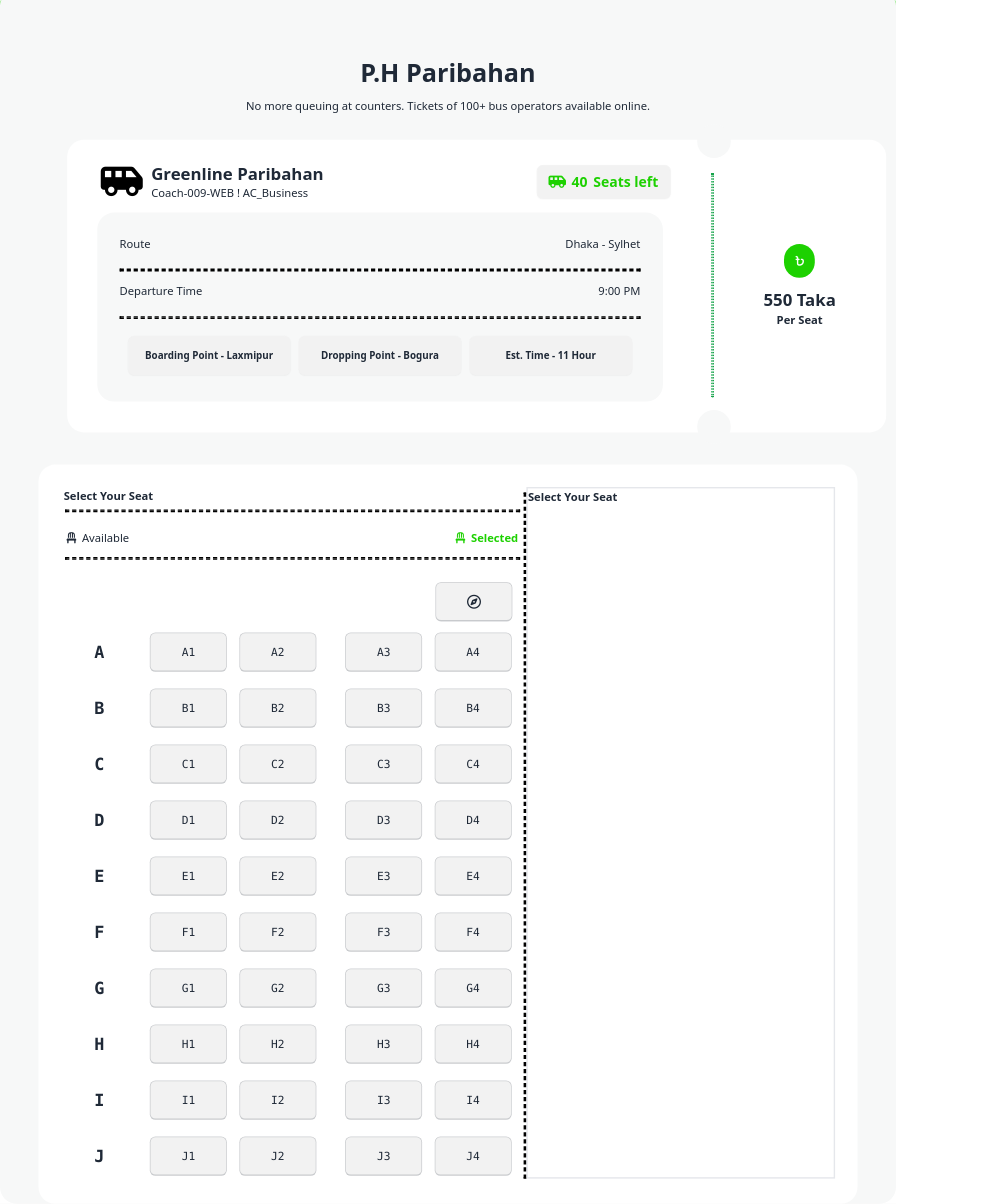
Repository: RudrasahaDibos/Smart-ticketing
Page: index.html
These files come from the project's save history. The page is drawn as it stood at one moment and after a run of saves; the edit follows.
The browser window is 1280 px wide. The page is 1280 px wide, then 1403 px, so the pictures cover 1403 px, including what lies to the right of the window. The pictures show the part of the page from y = 1334 to 3054 px (the page is 3054 px tall), at 70% of full size.
Some web fonts or font styles are not loaded; a fallback is used. Some web libraries are served in a nearby version.

Above is the page before, as saved 2024-11-10 14:16:55.

### index.html
<!DOCTYPE html>
<html lang="en">
  <head>
    <meta charset="UTF-8">
    <meta name="viewport" content="width=device-width, initial-scale=1.0">
    <title>Smart-ticketing</title>
    <!-- tailwind link -->
    <link href="https://cdn.jsdelivr.net/npm/daisyui@4.12.14/dist/full.min.css"
      rel="stylesheet" type="text/css" />
    <script src="https://cdn.tailwindcss.com"></script>
    <!-- font awesome link -->
    <link rel="stylesheet"
      href="https://cdnjs.cloudflare.com/ajax/libs/font-awesome/6.6.0/css/all.min.css"
      integrity="sha512-Kc323vGBEqzTmouAECnVceyQqyqdsSiqLQISBL29aUW4U/M7pSPA/gEUZQqv1cwx4OnYxTxve5UMg5GT6L4JJg=="
      crossorigin="anonymous" referrerpolicy="no-referrer" />

    <!-- google fonts  -->
    <link rel="preconnect" href="https://fonts.googleapis.com">
    <link rel="preconnect" href="https://fonts.gstatic.com" crossorigin>
    <link
      href="https://fonts.googleapis.com/css2?family=Anton+SC&family=Manrope:wght@200..800&family=Raleway:ital,wght@0,100..900;1,100..900&display=swap"
      rel="stylesheet">

    <style>
.raleway{
  font-family: "Raleway", sans-serif;
}
</style>

  </head>
  <body>
    <!-- header ends here -->
    <header class="container mx-auto lg:pl-24 lg:pr-24 lg:pt-4 w-[1400px]">
      <div>
        <!-- navbar starts here -->
        <div class="navbar bg-base-100">
          <div class="navbar-start">
            <div class="dropdown">
              <div tabindex="0" role="button" class="btn btn-ghost lg:hidden">
                <svg
                  xmlns="http://www.w3.org/2000/svg"
                  class="h-5 w-5"
                  fill="none"
                  viewBox="0 0 24 24"
                  stroke="currentColor">
                  <path
                    stroke-linecap="round"
                    stroke-linejoin="round"
                    stroke-width="2"
                    d="M4 6h16M4 12h8m-8 6h16" />
                </svg>
              </div>
              <ul
                tabindex="0"
                class="menu menu-sm dropdown-content bg-base-100 rounded-box z-[1] mt-3 w-52 p-2 shadow">
                <li><a>Home</a></li>
                <li><a>About</a></li>
                <li><a>Destination</a></li>
                <li><a>Search</a></li>
              </ul>
            </div>
            <a class="btn btn-ghost text-2xl font-extrabold">E-Ticket</a>
          </div>
          <div class="navbar-center hidden lg:flex">
            <ul class="menu menu-horizontal px-1">
              <li><a>Home</a></li>
              <li><a>About</a></li>
              <li><a>Destination</a></li>
              <li><a>Search</a></li>
            </ul>
          </div>
          <div class="navbar-end">
            <a class="btn text-[#1DD100]  border-1  text-xl">Bus <i
                class="fa-solid fa-van-shuttle"></i></a>
          </div>
        </div>
      </div>

      <!-- banner start here -->

      <div
        class="hero h-[550px] mt-8 bg-[url('/images/banner.png')] rounded-3xl relative">

        <div class="hero-content text-neutral-content text-center">
          <div class>
            <h1 class="mb-5 text-5xl font-extrabold">End-to-End Travel with <br>
              <span class="text-5xl text-[#1DD100]  font-extrabold">P
                Paribahan</span></h1>
            <p class="mb-5">
              A one-stop solution for your travel needs

              Introducing you to the Shohoz way of life
            </p>
            <button class="btn bg-[#1DD100] border-none">Buy Tickets</button>
          </div>
        </div>
      </div>

      <!-- banner end here -->

      <!-- 3 card start here  -->

      <div
        class=" flex justify-between items-center gap-4 pl-16 pr-16 absolute -bottom-4   ">
        <div
          class="stat flex bg-white justify-center items-center shadow-xl  border-b-4 border-b-[#1DD100]  rounded-2xl w-[338px] h-[138px]">
          <div class="text-[#1DD100] text-2xl font-extrabold ">
            <i class="fa-solid fa-users"></i>
          </div>

          <div>
            <div class="stat-value">500K+</div>
            <div class="stat-desc text-xl ">Registered users</div>
          </div>

        </div>

        <div
          class="stat flex bg-white justify-center items-center  border-b-4 border-b-[#1DD100] shadow-xl  rounded-2xl w-[338px] h-[138px]">
          <div class="text-[#1DD100] text-2xl font-extrabold ">
            <i class="fa-solid fa-ticket  "></i>

          </div>

          <div>
            <div class="stat-value">1.7 lacks</div>
            <div class="stat-desc text-xl ">Tickets sold</div>
          </div>

        </div>

        <div
          class="stat flex bg-white justify-center items-center  border-b-4 border-b-[#1DD100] shadow-xl  rounded-2xl w-[338px] h-[138px]">
          <div class="text-[#1DD100] text-2xl font-extrabold ">
            <i class="fa-solid fa-van-shuttle"></i>

          </div>

          <div>
            <div class="stat-value">80K+</div>
            <div class="stat-desc text-xl ">Rental partners</div>
          </div>

        </div>
      </div>

      <!-- 3 card ends here -->

      <!-- navbar Ends here -->
    </header>
    <!-- header ends here -->

    <!-- main start here -->
    <main class>
      <!-- Best offers for you start here -->
      <section
        class="mt-40 container mx-auto  lg:pl-24 lg:pr-24 lg:pt-4 w-[1400px]">
        <h1 class="text-4xl font-semibold text-center">Best offers for you</h1>
        <!-- two card start here -->
        <div class="flex  flex-col lg:flex-row gap-4 mt-10">
          <div class="bg-yellow-500  w-[573px] h-[220px]  rounded-2xl">

            <div>

              <div class=" w-[50%] mt-14 ml-14">
                <h1 class="text-4xl font-extrabold">15% OFF</h1>
                <p class="text-xl font-bold">on your next purchase</p>
                <p class="text-xl font-bold">use by January 2024</p>
              </div>

              <div class=" w-1/4 -mt-20 ml-auto mr-14  text-center">
                <h1 class="text-4xl font-extrabold">NEW15</h1>
                <p class="text-xl font-bold">Coupon Code</p>

              </div>
            </div>
            <p
              class="bg-white w-[48px] h-[48px] absolute mx-auto rounded-full ml-80 -mt-40  "></p>
            <p
              class="bg-white w-[48px] h-[48px] absolute mx-auto rounded-full ml-80 mt-[55px]  "></p>
            <p
              class="border-2 border-dotted border-white relative w-0 h-32 -mt-[95px] ml-[343px]  "></p>

          </div>
          <div class="bg-pink-400   w-[573px] h-[220px] rounded-2xl">
            <div>

              <div class=" w-[50%] mt-14 ml-14">
                <h1 class="text-4xl font-extrabold">20% OFF</h1>
                <p class="text-xl font-bold">on your next purchase</p>
                <p class="text-xl font-bold">use by January 2024</p>
              </div>

              <div class="  w-2/4 -mt-20 ml-[300px] mr-14  text-center">
                <h1 class="text-4xl font-extrabold">Couple 20</h1>
                <p class="text-xl font-bold">Coupon Code</p>

              </div>
            </div>
            <p
              class="bg-white w-[48px] h-[48px] absolute mx-auto rounded-full ml-80 -mt-40  "></p>
            <p
              class="bg-white w-[48px] h-[48px] absolute mx-auto rounded-full ml-80 mt-[55px]  "></p>
            <p
              class="border-2 border-dotted border-white relative w-0 h-32 -mt-[95px] ml-[343px]  "></p>
          </div>
        </div>
        <div class=" text-center mt-16">
          <a class="btn text-[#1DD100]  border-1 border-[#1DD100] text-xl">See
            All Offers
          </a>
        </div>
        <!-- two card end here -->
      </section>

      <!-- Best offers for you ends here -->
      <!-- tickeing process start here -->
      <section
        class="bg-[#F7F8F8] w-full min-h-screen rounded-3xl mt-16 border-t-4 border-t-[#1DD100]">

        <div class="container mx-auto  lg:pl-24 lg:pr-24 lg:pt-4 w-[1400px]">
          <h1 class="text-4xl font-semibold text-center mt-20">P.H Paribahan
          </h1>
          <p class=" text-center w-[736px] h-[60px] mx-auto mt-4">No more
            queuing at counters. Tickets of 100+ bus operators available online.
          </p>
          <!-- Greenline Paribahan  start here-->

          <div
            class="bg-[#FFFFFF] w-[1170px] h-[418px] rounded-3xl  container mx-auto p-8 flex justify-between ">
            <div class=" w-3/4">
              <!-- Coach-009-WEB ! AC_Business start here -->
              <div class="flex justify-between ">

                <div class="flex justify-center items-center gap-3 ml-4 ">
                  <div class="text-5xl text-black  ">
                    <i class="fa-solid fa-van-shuttle "></i>
                  </div>
                  <div>
                    <h1 class="text-2xl font-bold">Greenline Paribahan</h1>
                    <p>Coach-009-WEB ! AC_Business</p>
                  </div>
                </div>

                <div class="flex felx-col justify-end mt-1">
                  <a class="btn text-[#1DD100]  border-1  text-xl"> <i
                      class="fa-solid fa-van-shuttle"></i> <span>40</span> Seats
                    left </a>
                </div>
              </div>
              <!-- Coach-009-WEB ! AC_Business end here -->

              <!-- Dhaka - Sylhet starts here -->
              <div
                class="bg-[#F7F8F8] w-[808px] h-[270px] mt-4 mx-auto rounded-3xl">

                <div class>
                  <div class="flex justify-between p-4 ">
                    <h1 class="ml-4 mt-4">Route</h1>
                    <h1 class="mr-4 mt-4">Dhaka - Sylhet</h1>
                  </div>

                  <div
                    class="border-dashed border-black border-2 mt-2  w-[744px] mx-auto h-0"></div>

                  <div class="flex justify-between p-4 ">
                    <h1 class="ml-4">Departure Time</h1>
                    <h1 class="mr-4">9:00 PM</h1>
                  </div>
                  <div
                    class="border-dashed border-black border-2 mt-2  w-[744px] mx-auto h-0"></div>

                  <div class="mt-2 p-4 flex justify-center items-center gap-3">
                    <button class="btn   w-[232px] h-[56px]">Boarding Point -
                      Laxmipur</button>
                    <button class="btn  w-[232px] h-[56px]">Dropping Point -
                      Bogura</button>
                    <button class="btn  w-[232px] h-[56px]">Est. Time - 11
                      Hour</button>
                  </div>
                </div>
              </div>
              <!-- Dhaka - Sylhet end here -->

            </div>

            <div
              class=" text-center flex flex-col justify-center items-center mr-10">
              <i
                class="fa-solid fa-bangladeshi-taka-sign bg-[#1DD100] rounded-full  p-4 text-white "></i>
              <h1 class="text-2xl font-semibold mt-4"><span>550</span> Taka</h1>
              <p class="font-bold">Per Seat</p>
            </div>

          </div>
          <p
            class="bg-[#F7F8F8] w-[48px] h-[48px] absolute mx-auto rounded-full ml-[900px] -mt-[440px]  "></p>
          <p
            class="bg-[#F7F8F8] w-[48px] h-[48px] absolute mx-auto rounded-full ml-[900px] -mt-8  "></p>
          <p
            class="border-2 border-dotted border-green-600 relative w-0 h-80 -mt-[370px] ml-[920px]  "></p>

          <!-- Greenline Paribahan  ends here-->
        </div>

        <!-- Select Your Seat star here  -->
        <div
          class="bg-[#FFFFFF] w-[1170px] h-[1056px] rounded-3xl mt-24 container mx-auto  ">

          <div class="flex justify-between p-8">
            <div class="w-3/5 ">
              <p class="font-semibold ml-1">Select Your Seat</p>
              <div
                class="border-dashed border-black border-2 mt-2  w-[650px] mx-auto h-0"></div>
              <!-- seat available start here -->
              <div class="flex justify-between mt-4">

                <div class="flex gap-2 justify-center items-center p-2 ">
                  <i class="fa-solid fa-chair"></i>
                  <p>Available</p>
                </div>
                <div
                  class="flex gap-2 justify-center items-center p-2 text-[#1DD100] ">
                  <i class="fa-solid fa-chair font-bold"></i>
                  <p class="font-bold">Selected</p>
                </div>

              </div>
              <!-- seat available ends here -->
              <div
                class="border-dashed border-black border-2 mt-2  w-[650px] mx-auto h-0"></div>
                <!-- seat planing start here -->
               <div class="mt-8">
                    <div class="text-end  mr-4">
                      <kbd class="kbd  h-[56px] w-[110px] text-center mx-auto "><i class="fa-regular fa-compass text-xl"></i></kbd>
                    </div>
                    <!-- seat  start here-->
                     <div class="flex  justify-between">
                          <!-- seat is with door start -->
                          <div class="grid grid-cols-3  w-3/5 ">
                                  <div class="mx-auto mt-4 space-y-6">
                                    <kbd class="kbd  w-[110px] h-[56px] bg-[#ffffff]  border-none font-bold text-2xl">A</kbd>
                                    <kbd class="kbd  w-[110px] h-[56px]  bg-[#ffffff] border-none font-bold text-2xl">B</kbd>
                                    <kbd class="kbd  w-[110px] h-[56px]  bg-[#ffffff] border-none font-bold text-2xl">C</kbd>
                                    <kbd class="kbd  w-[110px] h-[56px]  bg-[#ffffff] border-none font-bold text-2xl">D</kbd>
                                    <kbd class="kbd  w-[110px] h-[56px]  bg-[#ffffff] border-none font-bold text-2xl">E</kbd>
                                    <kbd class="kbd  w-[110px] h-[56px]  bg-[#ffffff] border-none font-bold text-2xl">F</kbd>
                                    <kbd class="kbd  w-[110px] h-[56px]  bg-[#ffffff] border-none font-bold text-2xl">G</kbd>
                                    <kbd class="kbd  w-[110px] h-[56px]  bg-[#ffffff] border-none font-bold text-2xl">H</kbd>
                                    <kbd class="kbd  w-[110px] h-[56px]  bg-[#ffffff] border-none font-bold text-2xl">I</kbd>
                                    <kbd class="kbd  w-[110px] h-[56px]  bg-[#ffffff] border-none font-bold text-2xl">J</kbd>
                                  </div>

                                  <div class="mt-4 space-y-6">
                                    <kbd class="kbd w-[110px] h-[56px] ">A1</kbd>
                                    <kbd class="kbd w-[110px] h-[56px] ">B1</kbd>
                                    <kbd class="kbd w-[110px] h-[56px] ">C1</kbd>
                                    <kbd class="kbd w-[110px] h-[56px] ">D1</kbd>
                                    <kbd class="kbd w-[110px] h-[56px] ">E1</kbd>
                                    <kbd class="kbd w-[110px] h-[56px] ">F1</kbd>
                                    <kbd class="kbd w-[110px] h-[56px] ">G1</kbd>
                                    <kbd class="kbd w-[110px] h-[56px] ">H1</kbd>
                                    <kbd class="kbd w-[110px] h-[56px] ">I1</kbd>
                                    <kbd class="kbd w-[110px] h-[56px] ">J1</kbd>
                                  </div>

                                  <div class="mt-4 space-y-6">
                                    <kbd class="kbd w-[110px] h-[56px] ">A2</kbd>
                                    <kbd class="kbd w-[110px] h-[56px] ">B2</kbd>
                                    <kbd class="kbd w-[110px] h-[56px] ">C2</kbd>
                                    <kbd class="kbd w-[110px] h-[56px] ">D2</kbd>
                                    <kbd class="kbd w-[110px] h-[56px] ">E2</kbd>
                                    <kbd class="kbd w-[110px] h-[56px] ">F2</kbd>
                                    <kbd class="kbd w-[110px] h-[56px] ">G2</kbd>
                                    <kbd class="kbd w-[110px] h-[56px] ">H2</kbd>
                                    <kbd class="kbd w-[110px] h-[56px] ">I2</kbd>
                                    <kbd class="kbd w-[110px] h-[56px] ">J2</kbd>
                                  </div>
                          </div>
                         <!-- seat is with door end -->

                          <!-- seat is driver start -->
                            <div class="grid grid-cols-2   w-2/5 ml-6">
                                    <div class="mx-auto mt-4 space-y-6">
                                      <kbd class="kbd w-[110px] h-[56px] ">A3</kbd>
                                      <kbd class="kbd w-[110px] h-[56px] ">B3</kbd>
                                      <kbd class="kbd w-[110px] h-[56px] ">C3</kbd>
                                      <kbd class="kbd w-[110px] h-[56px] ">D3</kbd>
                                      <kbd class="kbd w-[110px] h-[56px] ">E3</kbd>
                                      <kbd class="kbd w-[110px] h-[56px] ">F3</kbd>
                                      <kbd class="kbd w-[110px] h-[56px] ">G3</kbd>
                                      <kbd class="kbd w-[110px] h-[56px] ">H3</kbd>
                                      <kbd class="kbd w-[110px] h-[56px] ">I3</kbd>
                                      <kbd class="kbd w-[110px] h-[56px] ">J3</kbd>
                                    </div>
                                    <div class="mx-auto mt-4 space-y-6">
                                      <kbd class="kbd w-[110px] h-[56px] ">A4</kbd>
                                      <kbd class="kbd w-[110px] h-[56px] ">B4</kbd>
                                      <kbd class="kbd w-[110px] h-[56px] ">C4</kbd>
                                      <kbd class="kbd w-[110px] h-[56px] ">D4</kbd>
                                      <kbd class="kbd w-[110px] h-[56px] ">E4</kbd>
                                      <kbd class="kbd w-[110px] h-[56px] ">F4</kbd>
                                      <kbd class="kbd w-[110px] h-[56px] ">G4</kbd>
                                      <kbd class="kbd w-[110px] h-[56px] ">H4</kbd>
                                      <kbd class="kbd w-[110px] h-[56px] ">I4</kbd>
                                      <kbd class="kbd w-[110px] h-[56px] ">J4</kbd>
                                    </div>
                            </div>
                            <!-- seat is driver end -->
                     </div>

                     <!-- seat end here -->
               </div>

               <!-- seat planing end here -->



            </div>









            <div
              class="border-dashed border-black border-2 mt-2  w-[0px] mx-auto h-[980px]"></div>

            <div class="border-2  w-2/5 ">
              <p class="font-semibold">Select Your Seat</p>
            </div>
          </div>

        </div>

        <!-- Select Your Seat end here  -->

      </section>
      <!-- tickeing process ends here -->

    </main>
    <!-- main ends here -->

    <!-- js add -->
    <script src="index.js"></script>
  </body>
</html>

Loaded but not shown: index.js (common file)

After the next 2 saves:
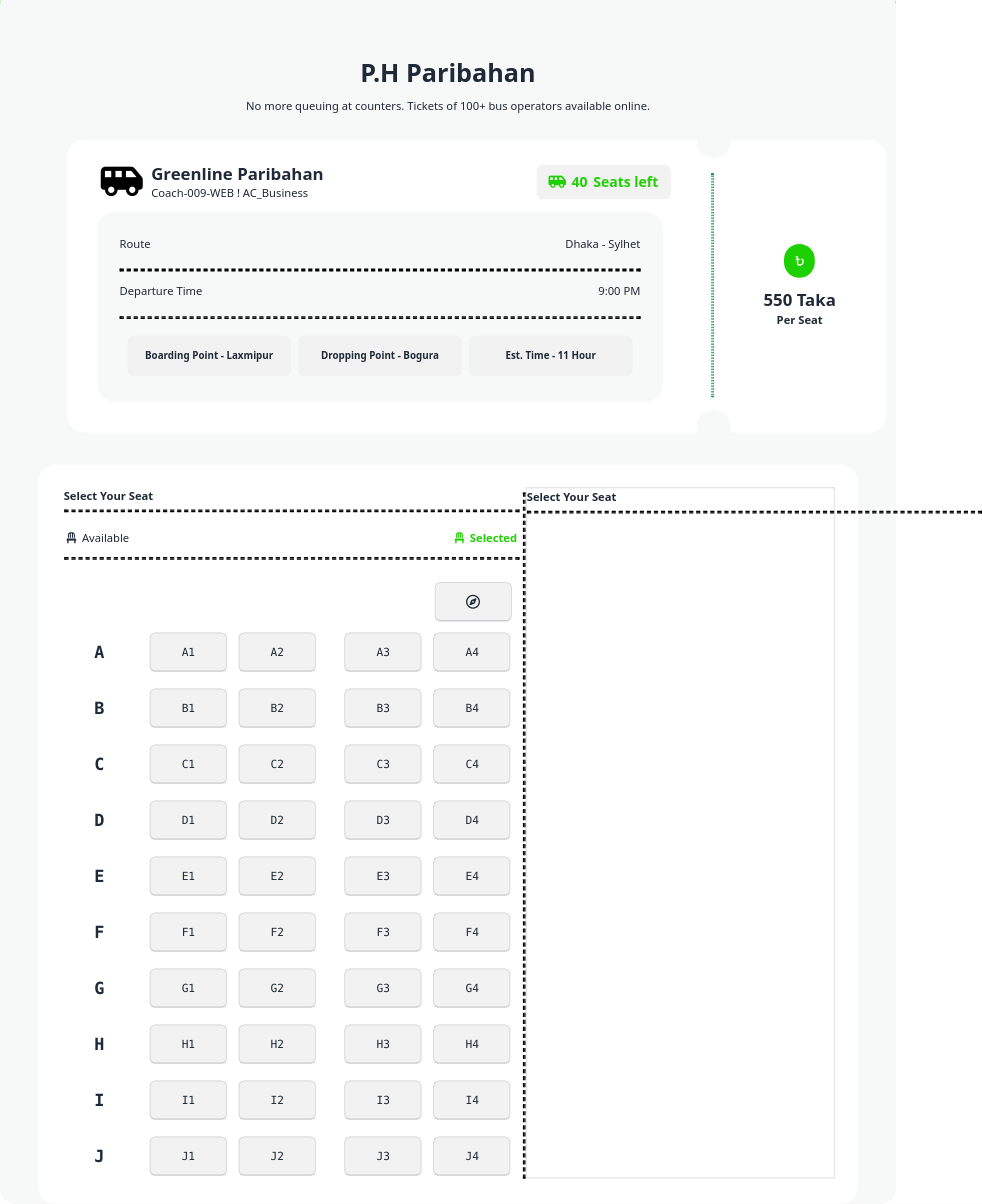
The 2 saves are shown as one change because they came seconds apart.
The last was saved 89 min 0 s later.
--- a/index.html
+++ b/index.html
@@ -431,6 +431,8 @@
 
             <div class="border-2  w-2/5 ">
               <p class="font-semibold">Select Your Seat</p>
+              <div
+                class="border-dashed border-black border-2 mt-2  w-[650px] mx-auto h-0"></div>
             </div>
           </div>
 
